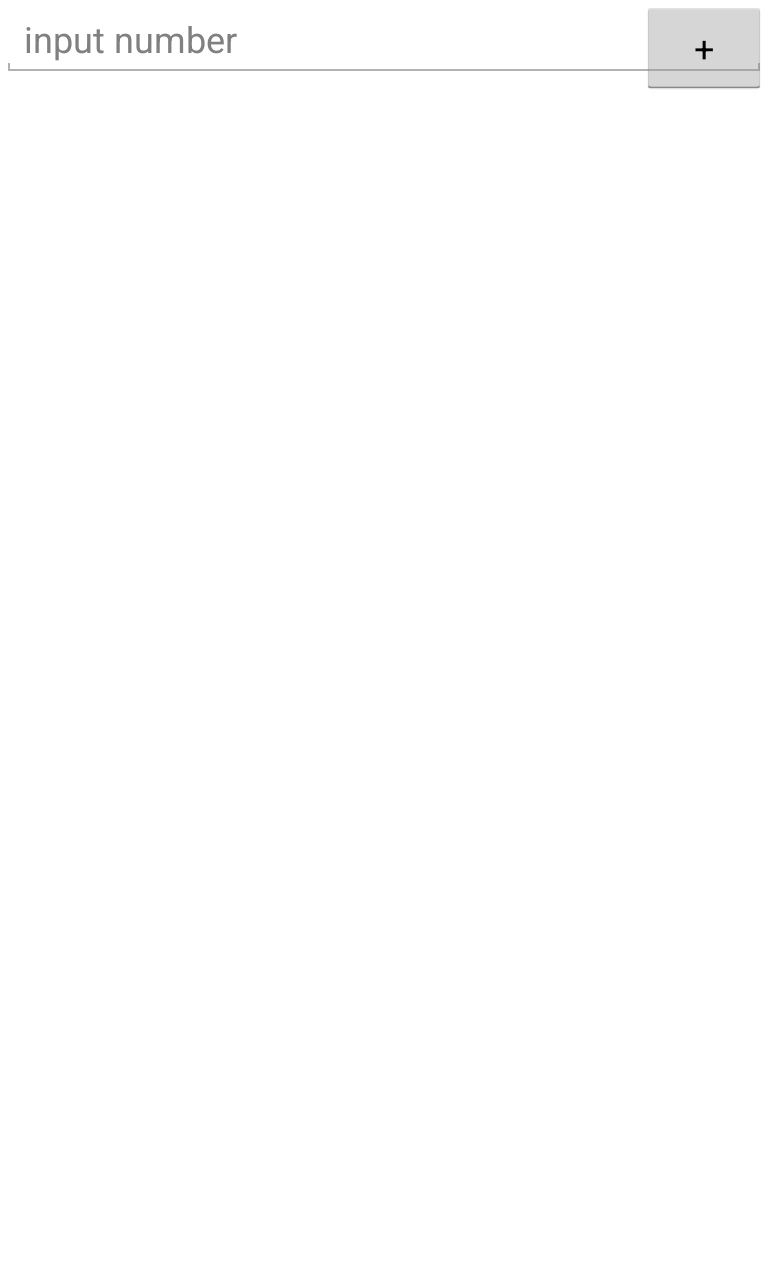
Repository: whoami-I/android
Layout: Activity/SendMessage/res/layout/activity_main.xml
The author's editor kept a copy of each file at every save. The layout is drawn from the files as they stood at one save, then again after the next save.
It is drawn on a 768 x 1280 px phone screen (xhdpi) without system bars, with theme AppTheme; the app's code is not run.

Above is the layout before, as saved 2018-11-02 06:44:42.

After the next save:
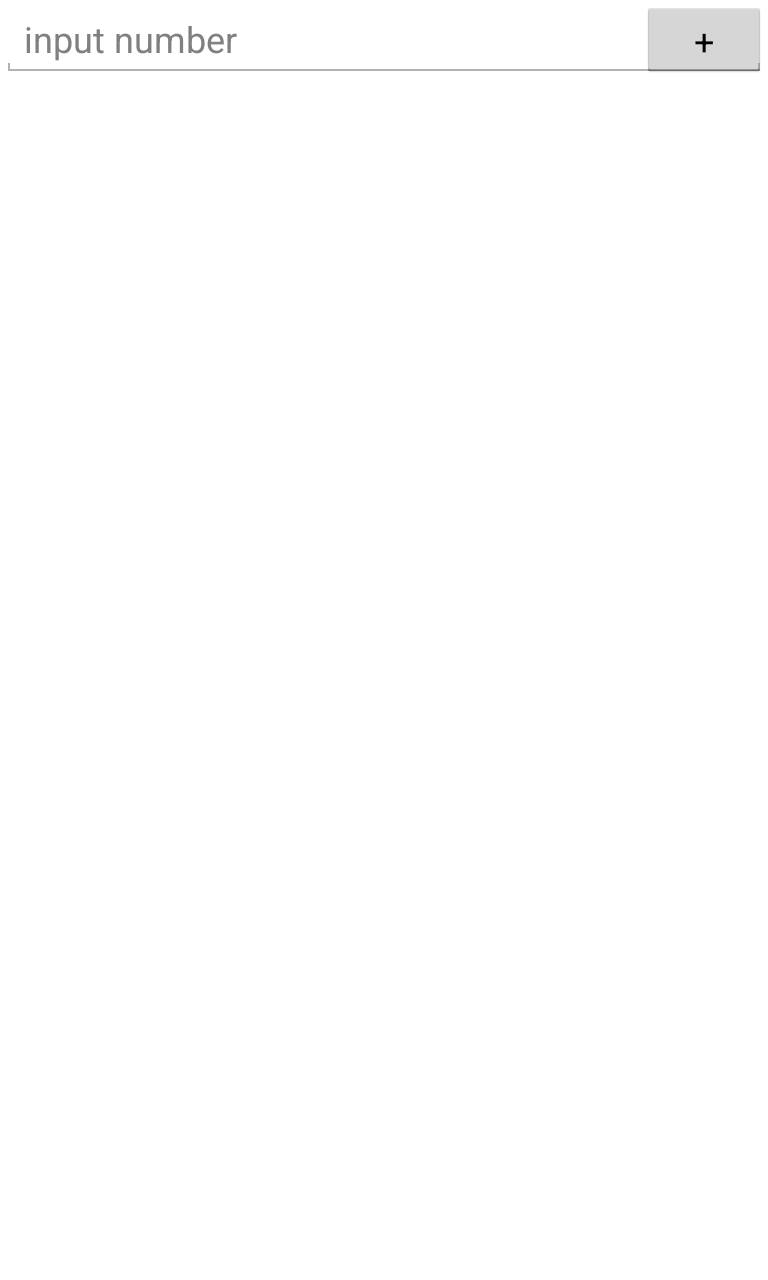
Saved 23 s later.
--- a/Activity/SendMessage/res/layout/activity_main.xml
+++ b/Activity/SendMessage/res/layout/activity_main.xml
@@ -18,6 +18,7 @@
             android:id="@+id/btn_add"
             android:layout_width="wrap_content"
             android:layout_height="wrap_content"
+            android:layout_alignBottom="@id/et_number"
             android:layout_alignParentRight="true"
             android:text="+" />
     </RelativeLayout>
